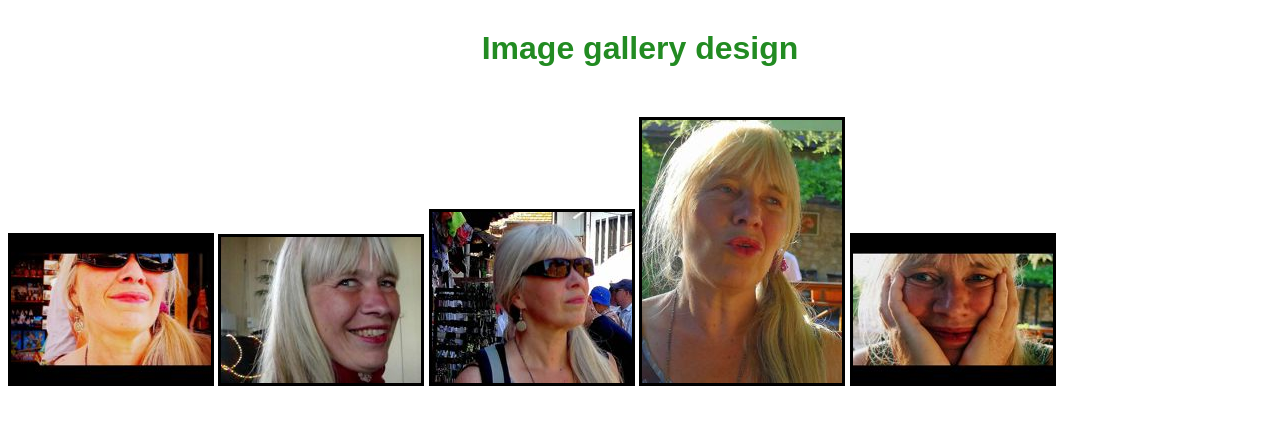
Repository: hindrik40/bildspel-lightbox
Page: index.html
An editor plug-in stored every save of this project. The page is shown before and after the next save, followed by the edit.
The browser window is 1280 px wide. The pictures show the whole page.

Above is the page before, as saved 2021-08-08 16:43:42.

After the next save:
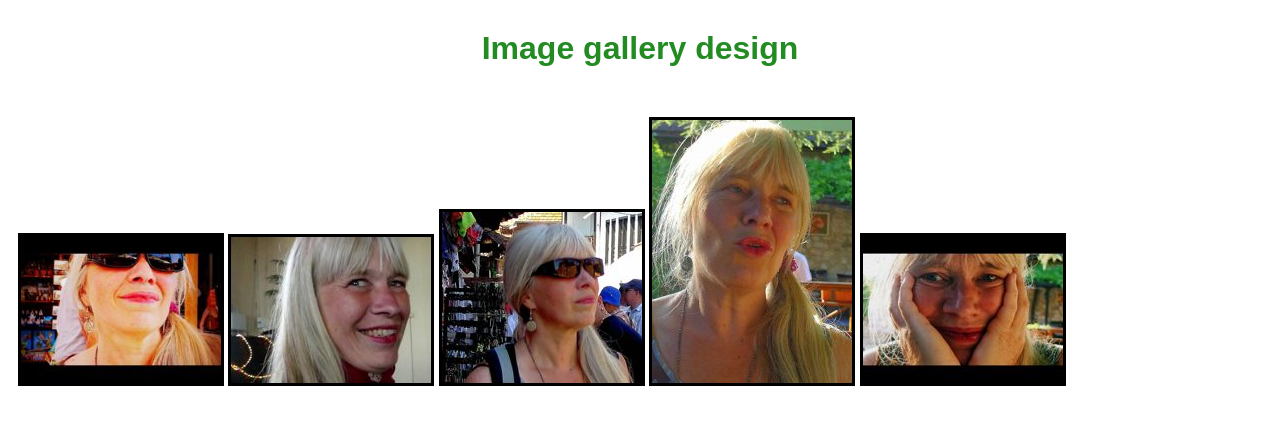
Saved 8 s later.
--- a/css/style.css
+++ b/css/style.css
@@ -8,7 +8,7 @@ h1{
 }
 .gallery
 {
-    margin:
+    margin:10px
 }
 
 img{
